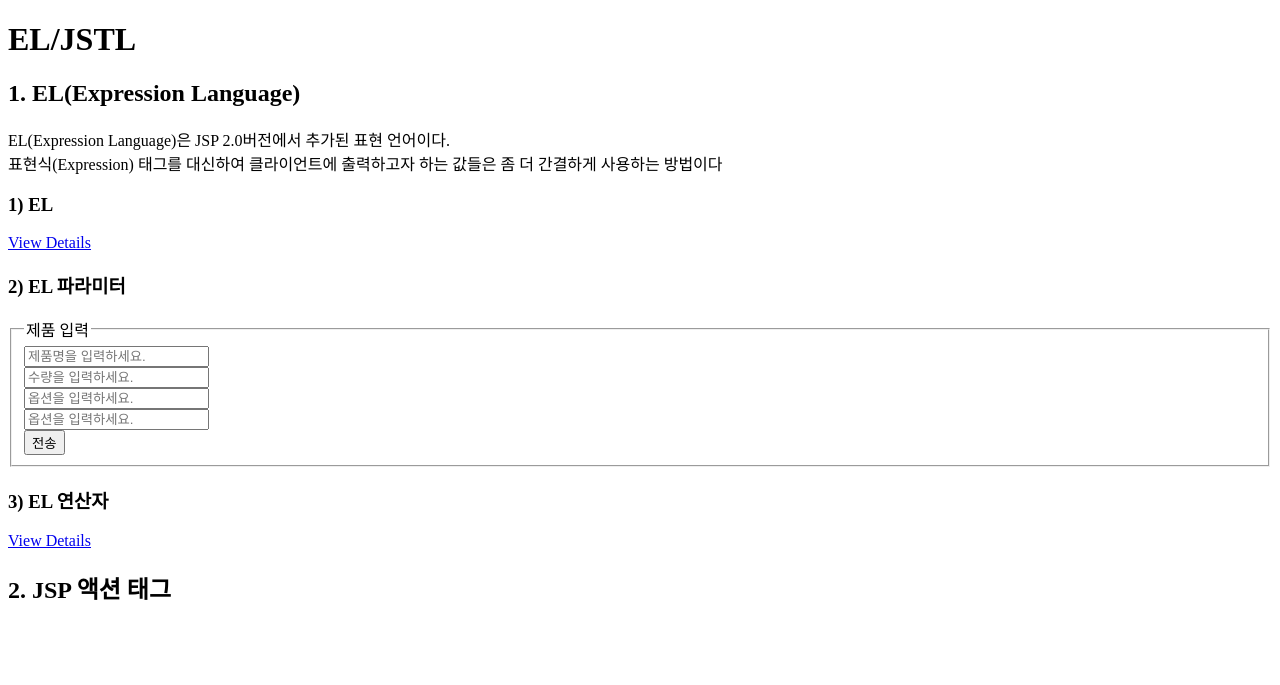
Repository: Parknogyung/Backend
Page: http://localhost/03_EL_JSTL/
These files come from the project's save history. The page is drawn as it stood at one moment and after the next save; the edit follows.
The browser window is 1280 px wide. The pictures show the whole page.
The page is served by Tomcat 9. Other server files are loaded and not shown.

Above is the page before, as saved 2022-07-13 00:25:25.

### 03_EL_JSTL/src/main/webapp/index.jsp
<%@ page language="java" contentType="text/html; charset=UTF-8"
    pageEncoding="UTF-8"%>
<!DOCTYPE html>
<html>
<head>
<meta charset="UTF-8">
<title>EL/JSTL</title>
</head>
<body>
	<h1>EL/JSTL</h1>

	<h2>1. EL(Expression Language)</h2>
	<p>
		EL(Expression Language)은 JSP 2.0버전에서 추가된 표현 언어이다. <br>
		표현식(Expression) 태그를 대신하여 클라이언트에 출력하고자 하는 값들은 좀 더 간결하게 사용하는 방법이다
	</p>

	<h3>1) EL</h3>

	<a href="el.do">View Details</a>

	<h3>2) EL 파라미터</h3>
	<form action="${ pageContext.request.contextPath }/views/el/elParam.jsp" method="GET">
		<fieldset>
			<legend>제품 입력</legend>
			<input type="text" name="pName" placeholder="제품명을 입력하세요."> <br>
			<input type="number" name="pCount" placeholder="수량을 입력하세요."> <br>
			<input type="text" name="option" placeholder="옵션을 입력하세요."> <br>
			<input type="text" name="option" placeholder="옵션을 입력하세요."> <br>

			<input type="submit" value="전송">
		</fieldset>
	</form>

	<h3>3) EL 연산자</h3>
	<a href="${ pageContext.request.contextPath }/views/el/elOperators.jsp">View Details</a>

	<h2>2. JSP 액션 태그</h2>

</body>
</html>

After the next save:
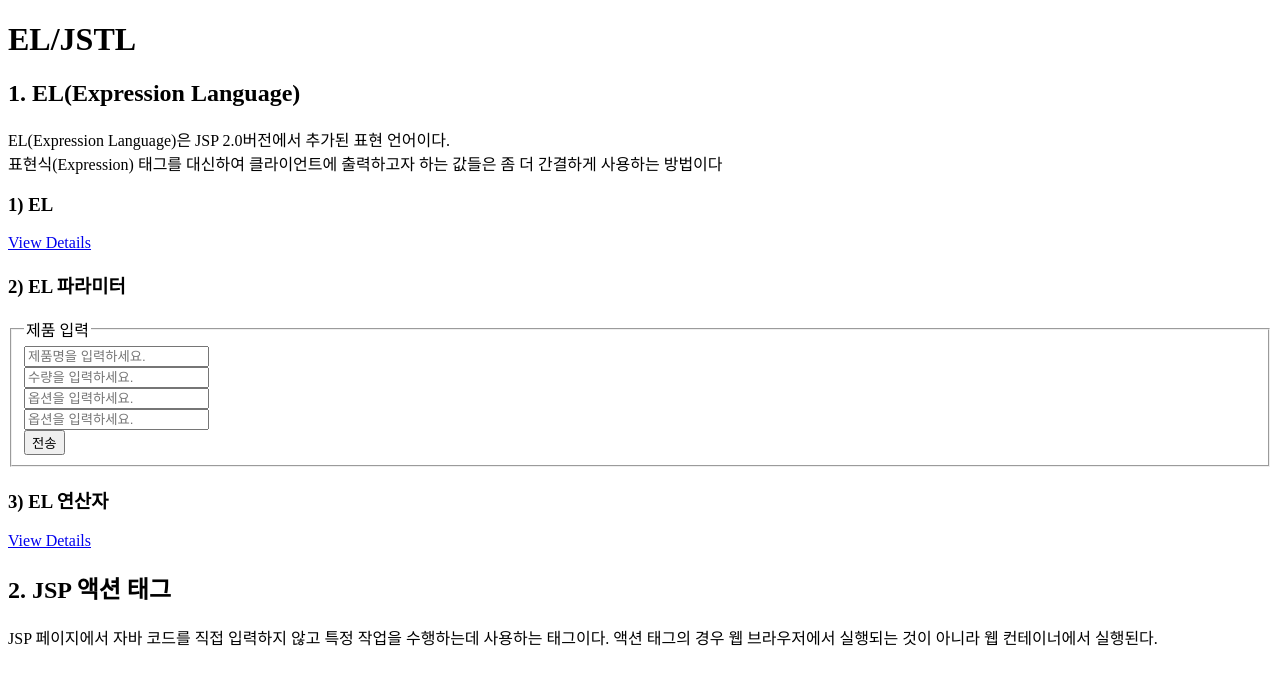
Saved 60 s later.
--- a/03_EL_JSTL/src/main/webapp/index.jsp
+++ b/03_EL_JSTL/src/main/webapp/index.jsp
@@ -36,6 +36,13 @@
 	<a href="${ pageContext.request.contextPath }/views/el/elOperators.jsp">View Details</a>
 
 	<h2>2. JSP 액션 태그</h2>
+	<p>
+		JSP 페이지에서 자바 코드를 직접 입력하지 않고 특정 작업을 수행하는데 사용하는 태그이다.
+		액션 태그의 경우 웹 브라우저에서 실행되는 것이 아니라 웹 컨테이너에서 실행된다.
+	</p>
+
+
+
 
 </body>
 </html>
